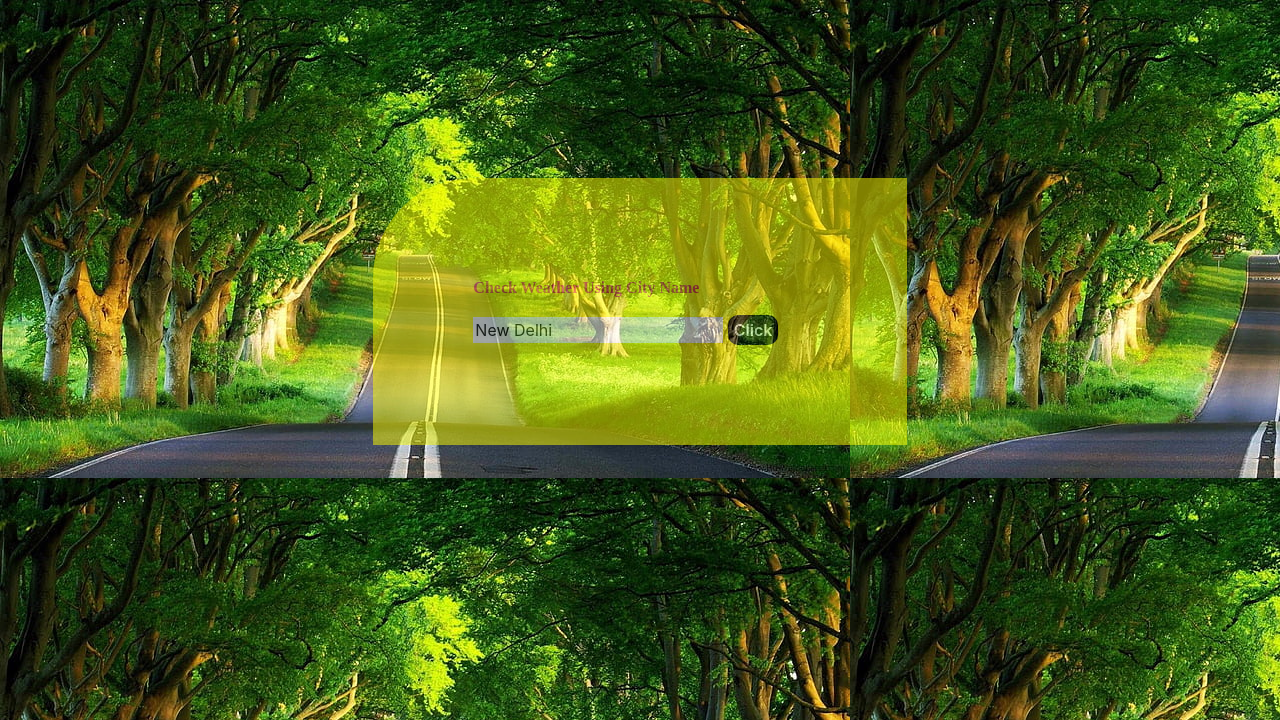
Repository: prashantkumarbind/Hospital-Weather-Concept
Page: http://localhost/weather-app/
These files come from the project's save history. The page is drawn as it stood at one moment and after the next save; the edit follows.
The browser window is 1280 px wide. The pictures show the whole page.
The page is served by Tomcat 9. Other server files are loaded and not shown.

Above is the page before, as saved 2024-01-19 07:49:52.

### weather-app/src/main/webapp/index.jsp
<%@ page language="java" contentType="text/html; charset=ISO-8859-1"
    pageEncoding="ISO-8859-1"%>
<!DOCTYPE html>
<html>
<head>
<meta charset="ISO-8859-1">
<meta charset="utf-8">
<meta name="viewport" content="width=device-width, initial-scale=1, shrink-to-fit=no">
<link rel="stylesheet" href="https://cdn.jsdelivr.net/npm/bootstrap@4.6.2/dist/css/bootstrap.min.css">
<title>weather app</title>
<style>
	body{
		 background-image: url("img/we3.jpg");
	}
	.controller{
		margin-top:130px;
		background-color:yellow;
		padding:100px 100px;
		opacity: 0.50;
		border-top-left-radius:100px;
	}
	.button-design{
		color:white;
		background-color:black;
		margin-top:10px;
		text-align: center;
		justify-content:end;
		width:50px;
		border-radius:10px;
		font-weight:600;
		border:none;
		height:30px;
	}
	.button-design:hover{
		background-color:green;
		color:red;
	}
	.text-design{
		border:none;
		width:250px;
	}
	.weather{
		font-family:elephant;
		font-weight:800;
		background-color:yellow;
	}
</style>
</head>
<body>

		<section class="form-top-header header-top mt-5">
			<div class="container-fluid">
				<div class="row justify-content-center">
					<div class="col-5 form controller ">
						<h6 class="text-danger weather">Check Weather Using City Name</h6>
						<form action="FormDataController" method="Post">
							 <div class="form-design">
							 	<input class="text-design" type="text" name="city_name" value="New Delhi">
							 	<input class="button-design" type="submit" value="Click">
							 </div>
						</form>
					</div>
				</div>
			</div>
		</section>

 <!-- <script src="https://cdn.jsdelivr.net/npm/jquery@3.5.1/dist/jquery.slim.min.js"></script>
 <script src="https://cdn.jsdelivr.net/npm/bootstrap@4.6.2/dist/js/bootstrap.bundle.min.js"></script>
 -->
</body>
</html>

After the next save:
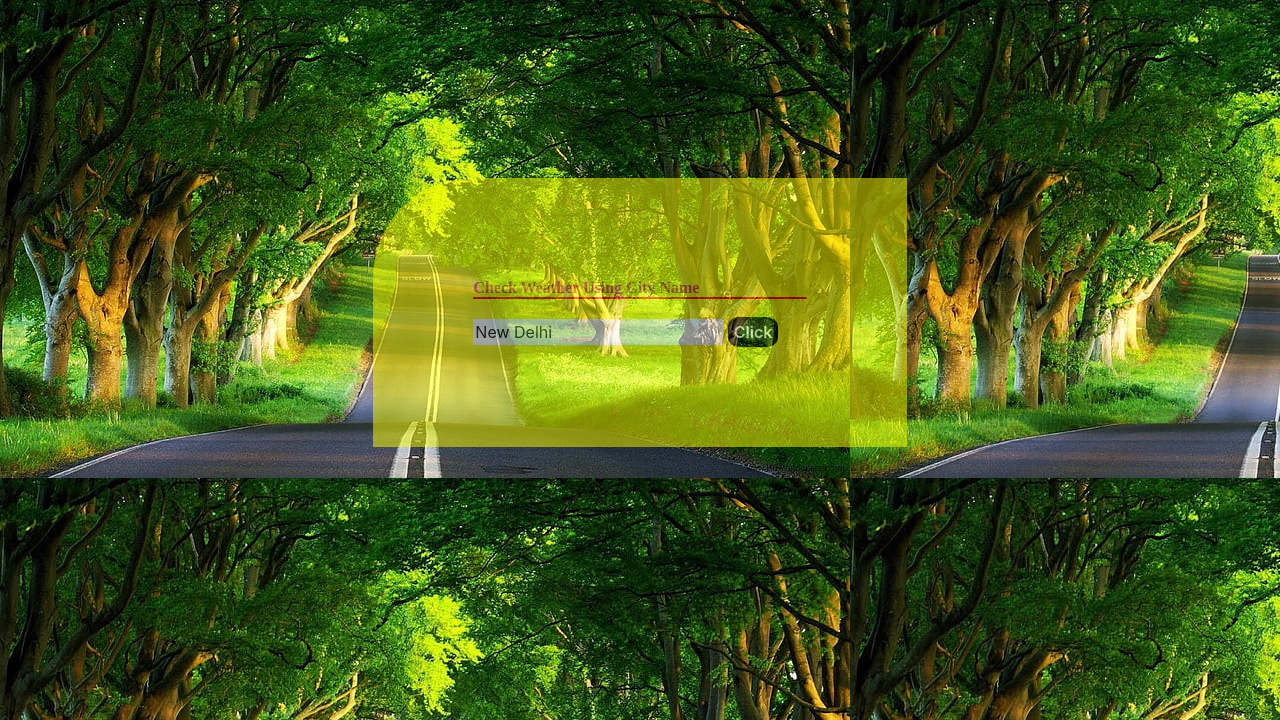
Saved 31 s later.
--- a/weather-app/src/main/webapp/index.jsp
+++ b/weather-app/src/main/webapp/index.jsp
@@ -43,6 +43,7 @@
 		font-family:elephant;
 		font-weight:800;
 		background-color:yellow;
+		border-bottom:2px solid red;
 	}
 </style>
 </head>

After the save that followed:
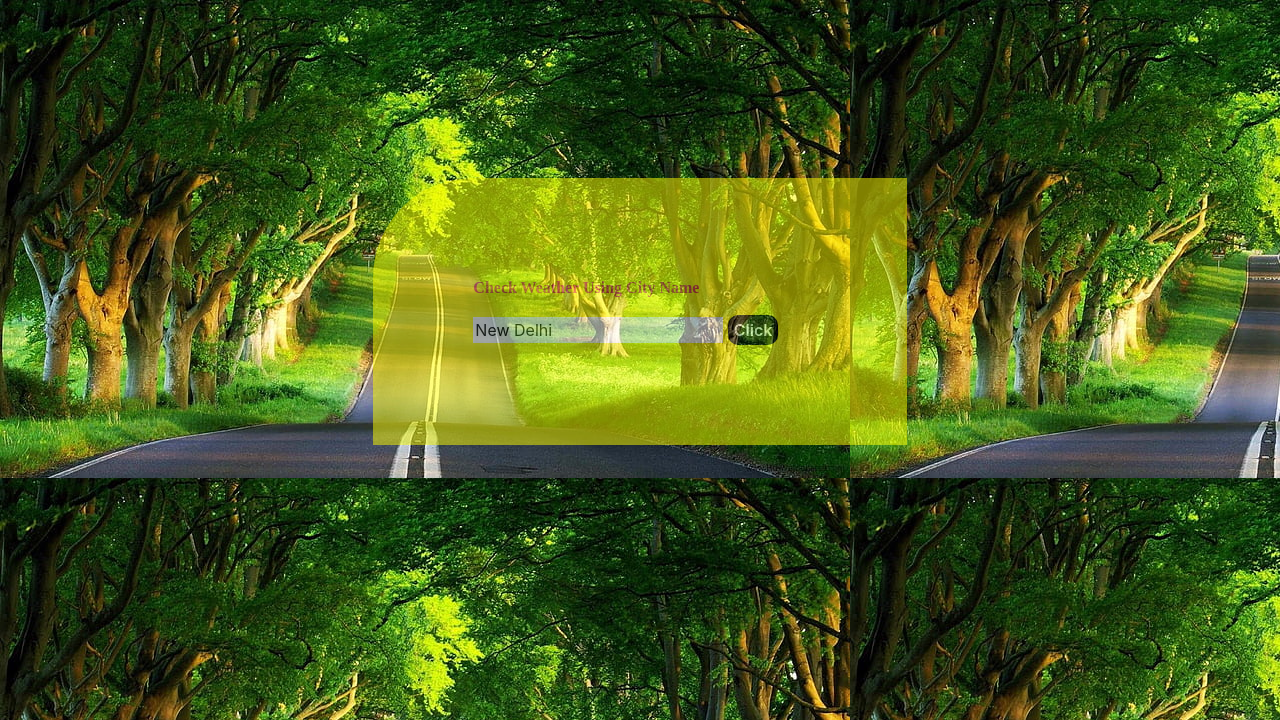
Saved 15 s later.
--- a/weather-app/src/main/webapp/index.jsp
+++ b/weather-app/src/main/webapp/index.jsp
@@ -43,6 +43,7 @@
 		font-family:elephant;
 		font-weight:800;
 		background-color:yellow;
+		text-center
 		border-bottom:2px solid red;
 	}
 </style>
